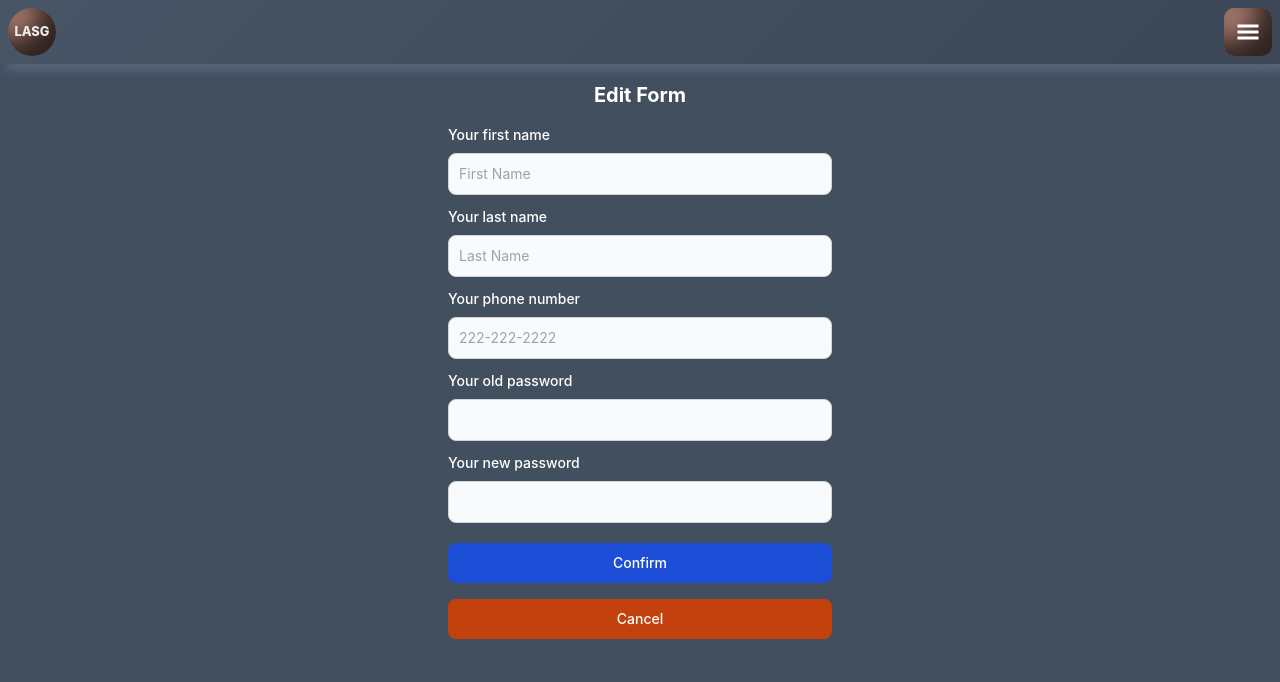
Repository: ShindanoSingi/LA-Swahili-Group
Page: /edit (app in client/)
An editor plug-in stored every save of this project. The page is shown before and after the next save, followed by the edit.
The browser window is 1280 px wide. The pictures show the whole page.
The project was rebuilt for these pictures with package versions that can differ from the ones it lists, and the page was loaded fresh each time. Also part of the build but not shown: client/src/pages/error/Error.css, client/src/pages/error/Error.js, client/src/pages/home/Home.js, client/src/pages/about/About.js, client/src/pages/contact/Contact.js, client/src/pages/login/Login.js, client/src/pages/userDashBoard/UserDashBoard.js, client/src/pages/superUsersDashBoard/SuperUsersDashBoard.js and 1 more.

Above is the page before, as saved 2024-02-12 00:17:03.

### client/src/index.js
import React from 'react';
import ReactDOM from 'react-dom/client';
import './index.css';
import App from './App';
import reportWebVitals from './reportWebVitals';
import { Provider } from "react-redux";
import store from './redux/store';
import { BrowserRouter } from 'react-router-dom';


const root = ReactDOM.createRoot(document.getElementById('root'));
root.render(
  <Provider store={store}>
    <BrowserRouter>
    <App />
    </BrowserRouter>
  </Provider>
);

// If you want to start measuring performance in your app, pass a function
// to log results (for example: reportWebVitals(console.log))
// or send to an analytics endpoint. Learn more: https://bit.ly/CRA-vitals
reportWebVitals();

### client/src/index.css
@tailwind base;
@tailwind components;
@tailwind utilities;

:root{
  --primary: #424F5F;
  --secondary: #F3F3F3;
  --tertiary: #F4A261;
  --quaternary: #2A9D8F;
  --quinary: #E9C46A;

}

body {
  margin: 0;
  font-family: -apple-system, BlinkMacSystemFont, 'Segoe UI', 'Roboto', 'Oxygen',
    'Ubuntu', 'Cantarell', 'Fira Sans', 'Droid Sans', 'Helvetica Neue',
    sans-serif;
  -webkit-font-smoothing: antialiased;
  -moz-osx-font-smoothing: grayscale;
}

.container{
  max-height: 100vh;
  background-color: var(--primary);
}

.container {
  display: flex;
  justify-content: center;
  align-items: center;
  height: 100vh;
}

.logo{
  height: 100dvh;
}

### client/src/App.js
import Header from "./components/header/Header";
import Error from "./pages/error/Error";
import Home from "./pages/home/Home";
import { Routes, Route, useNavigate } from "react-router-dom";
import About from "./pages/about/About";
import Contact from "./pages/contact/Contact";
import Login from "./pages/login/Login";
import UserDashBoard from "./pages/userDashBoard/UserDashBoard";
import SuperUsersDashBoard from "./pages/superUsersDashBoard/SuperUsersDashBoard";
import { useEffect } from "react";
import Register from "./pages/register/Register";
import EditUser from "./pages/editUser/EditUser";


function App() {

      const navigate = useNavigate()

      const user = 'superusers';

      useEffect(() => {
            if (user === 'superuser') {
                  navigate('/superuser')
            }
      })

      return (
            <>
                  <Header />
                  <Routes>
                        <Route path="/" element={<Home />} />
                        <Route path="/about" element={<About />} />
                        <Route path="/contact" element={<Contact />} />
                        <Route path="/login" element={<Login />} />
                        <Route path="/register" element={<Register/>} />
                        <Route path="/edit" element={<EditUser/>} />
                        <Route path="/user" element={<UserDashBoard/>} />
                        <Route path="/super" element={<SuperUsersDashBoard/>} />
                        <Route path="/admin" element={<adminDashBoard/>} />
                        <Route
                              path="/:rest*"
                              element={
                                    <h1>
                                          <Error />
                                    </h1>
                              }
                        />
                  </Routes>
            </>
      );
}

export default App;

### client/src/redux/store.js
import { configureStore } from "@reduxjs/toolkit";

import userReducer from "./userSlice";

const store = configureStore({
    reducer: {
        userReducer,
    },
});

export default store;

### client/src/components/header/Header.js
import React, { useState } from "react";
import "./Header.css";
import { GiHamburgerMenu } from "react-icons/gi";
import { Link } from "react-router-dom";

function Header() {
      const [show, setShow] = useState(false);

      return (
            <div className="header fixed top-0 w-full flex items-center justify-between p-2">
                  <div className="w-12 h-12 rounded-full text-[0.8rem] logo-button flex font-extrabold text-[#EBEBEB] justify-center items-center">
                        LASG
                  </div>
                  <div className="hambourger h-12 w-12 flex items-center justify-center">
                        <GiHamburgerMenu
                              className="text-[#FFFFFF] text-2xl"
                              onClick={() => setShow(!show)}
                        />
                  </div>
                  {show && (
                        <ul className="flex flex-col items-center p-2 top-[4.2rem] right-2 menu text-[#FFFFFF] absolute">
                              <Link to="/" onClick={() => setShow(!show)}>
                                    <li className="menu-item">Home</li>
                              </Link>
                              <Link to="/about" onClick={() => setShow(!show)}>
                                    <li className="menu-item">About</li>
                              </Link>
                              <Link
                                    to="/contact"
                                    onClick={() => setShow(!show)}
                              >
                                    <li className="menu-item">Contact</li>
                              </Link>
                              <Link to="/login">
                                    <li className="menu-item">Login</li>
                              </Link>
                        </ul>
                  )}
            </div>
      );
}

export default Header;

### client/src/pages/editUser/EditUser.js
import React, { useState } from "react";
import { Link } from "react-router-dom";

function EditUser() {
      return (
            <div className="container">
                  <div className="w-[80%]">
                        <h1 className="text-xl font-bold text-center mb-4 text-white dark:text-white">
                              Edit Form
                        </h1>
                        <form className="max-w-sm mx-auto">
                              <div className="mb-3">
                                    <label
                                          for="firstname"
                                          className="block mb-2 text-sm font-medium text-white dark:text-white"
                                    >
                                          Your first name
                                    </label>
                                    <input
                                          type="name"
                                          id="firstname"
                                          className="shadow-sm bg-gray-50 border border-gray-300 text-gray-900 text-sm rounded-lg focus:ring-blue-500 focus:border-blue-500 block w-full p-2.5 dark:bg-gray-700 dark:border-gray-600 dark:placeholder-gray-400 dark:text-white dark:focus:ring-blue-500 dark:focus:border-blue-500 dark:shadow-sm-light"
                                          placeholder="First Name"
                                          required
                                    />
                              </div>
                              <div className="mb-3">
                                    <label
                                          for="lastname"
                                          className="block mb-2 text-sm font-medium text-white dark:text-white"
                                    >
                                          Your last name
                                    </label>
                                    <input
                                          type="name"
                                          id="lastname"
                                          className="shadow-sm bg-gray-50 border border-gray-300 text-gray-900 text-sm rounded-lg focus:ring-blue-500 focus:border-blue-500 block w-full p-2.5 dark:bg-gray-700 dark:border-gray-600 dark:placeholder-gray-400 dark:text-white dark:focus:ring-blue-500 dark:focus:border-blue-500 dark:shadow-sm-light"
                                          placeholder="Last Name"
                                          required
                                    />
                              </div>
                              <div className="mb-3">
                                    <label
                                          for="phonenumber"
                                          className="block mb-2 text-sm font-medium text-white dark:text-white"
                                    >
                                          Your phone number
                                    </label>
                                    <input
                                          type="phone"
                                          id="phone"
                                          className="shadow-sm bg-gray-50 border border-gray-300 text-gray-900 text-sm rounded-lg focus:ring-blue-500 focus:border-blue-500 block w-full p-2.5 dark:bg-gray-700 dark:border-gray-600 dark:placeholder-gray-400 dark:text-white dark:focus:ring-blue-500 dark:focus:border-blue-500 dark:shadow-sm-light"
                                          placeholder="222-222-2222"
                                          required
                                    />
                              </div>
                              <div className="mb-3">
                                    <label
                                          for="password"
                                          className="block mb-2 text-sm font-medium text-white dark:text-white"
                                    >
                                          Your old password
                                    </label>
                                    <input
                                          type="password"
                                          id="password"
                                          className="shadow-sm bg-gray-50 border border-gray-300 text-gray-900 text-sm rounded-lg focus:ring-blue-500 focus:border-blue-500 block w-full p-2.5 dark:bg-gray-700 dark:border-gray-600 dark:placeholder-gray-400 dark:text-white dark:focus:ring-blue-500 dark:focus:border-blue-500 dark:shadow-sm-light"
                                          required
                                    />
                              </div>

                              <div className="mb-3">
                                    <label
                                          for="repeat-password"
                                          className="block mb-2 text-sm font-medium text-white dark:text-white"
                                    >
                                          Your new password
                                    </label>
                                    <input
                                          type="password"
                                          id="repeat-password"
                                          className="shadow-sm bg-gray-50 border border-gray-300 text-gray-900 text-sm rounded-lg focus:ring-blue-500 focus:border-blue-500 block w-full p-2.5 dark:bg-gray-700 dark:border-gray-600 dark:placeholder-gray-400 dark:text-white dark:focus:ring-blue-500 dark:focus:border-blue-500 dark:shadow-sm-light"
                                          required
                                    />
                              </div>
                              <div>
                                    <button
                                          type="submit"
                                          className="text-white mt-2 w-full bg-blue-700 hover:bg-blue-800 focus:ring-4 focus:outline-none focus:ring-blue-300 font-medium rounded-lg text-sm px-5 py-2.5 text-center dark:bg-blue-600 dark:hover:bg-blue-700 dark:focus:ring-blue-800"
                                    >
                                          Confirm
                                    </button>
                                    <button
                                          type="submit"
                                          className="text-white mt-4 w-full bg-orange-700 hover:bg-blue-800 focus:ring-4 focus:outline-none focus:ring-blue-300 font-medium rounded-lg text-sm px-5 py-2.5 text-center dark:bg-blue-600 dark:hover:bg-blue-700 dark:focus:ring-blue-800"
                                    >
                                          Cancel
                                    </button>
                              </div>
                        </form>
                  </div>
            </div>
      );
}

export default EditUser;

### client/src/redux/userSlice.js
import {createSlice} from '@reduxjs/toolkit';

const userSlice = createSlice({
    name: 'user',
    initialState: {
        user: null,
    },
    reducers: {
        setUser: (state, action) => {
            state.user = action.payload;
        },
    },
});

export const {setUser} = userSlice.actions;
export default userSlice.reducer;

### client/src/components/header/Header.css
.header {
    border-radius: 0px;
background: linear-gradient(315deg, #3b4756, #475566);
box-shadow:  -5px -5px 10px #262e37,
             5px 5px 10px #5e7087;
}

.logo-button {
    border-radius: 50%;
    background: #6E5049;
    box-shadow: inset -14px -14px 27px #2d211e, inset 14px 14px 27px #af7f74;
}

.hambourger {
    border-radius: 10px;
    background: #6E5049;
    box-shadow: inset -14px -14px 27px #2d211e, inset 14px 14px 27px #af7f74;
}

.menu {
    border-radius: 9px;
    background: #3E5F75;
    box-shadow: inset -5px -5px 10px #38556c, inset 5px 5px 10px #5885a8;
    padding: 0.5rem;
}

.menu-item{
    border-radius: 7px;
background: #486D8A;
box-shadow: inset -15px -15px 13px #2a3f50,
            inset 15px 15px 13px #669bc4;
            width: 5rem;
            text-align: center;
            margin: 0.2rem;
            padding: 0.2rem 0.5rem;
}

Loaded but not shown: client/public/index.html (common file); client/src/reportWebVitals.js (common file); client/tailwind.config.js (common file)

After the next save:
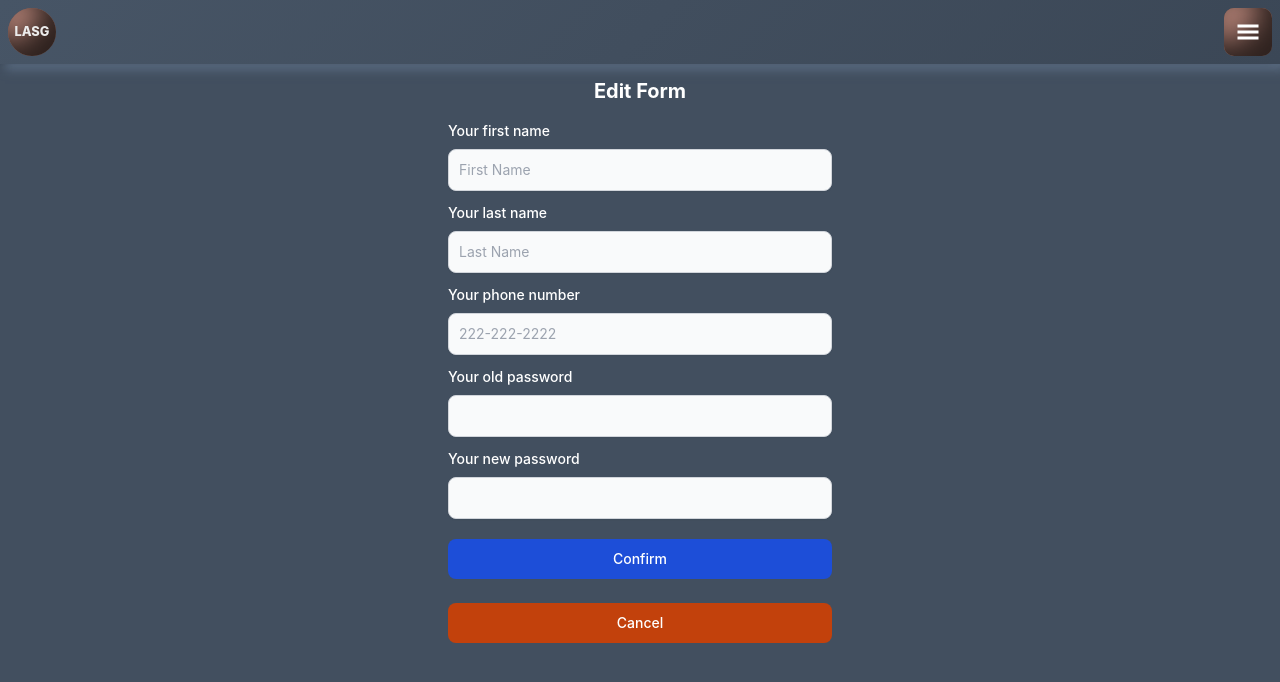
Saved 5 s later.
--- a/client/src/pages/editUser/EditUser.js
+++ b/client/src/pages/editUser/EditUser.js
@@ -92,7 +92,7 @@ function EditUser() {
                                     </button>
                                     <button
                                           type="submit"
-                                          className="text-white mt-4 w-full bg-orange-700 hover:bg-blue-800 focus:ring-4 focus:outline-none focus:ring-blue-300 font-medium rounded-lg text-sm px-5 py-2.5 text-center dark:bg-blue-600 dark:hover:bg-blue-700 dark:focus:ring-blue-800"
+                                          className="text-white mt-6 w-full bg-orange-700 hover:bg-blue-800 focus:ring-4 focus:outline-none focus:ring-blue-300 font-medium rounded-lg text-sm px-5 py-2.5 text-center dark:bg-blue-600 dark:hover:bg-blue-700 dark:focus:ring-blue-800"
                                     >
                                           Cancel
                                     </button>
